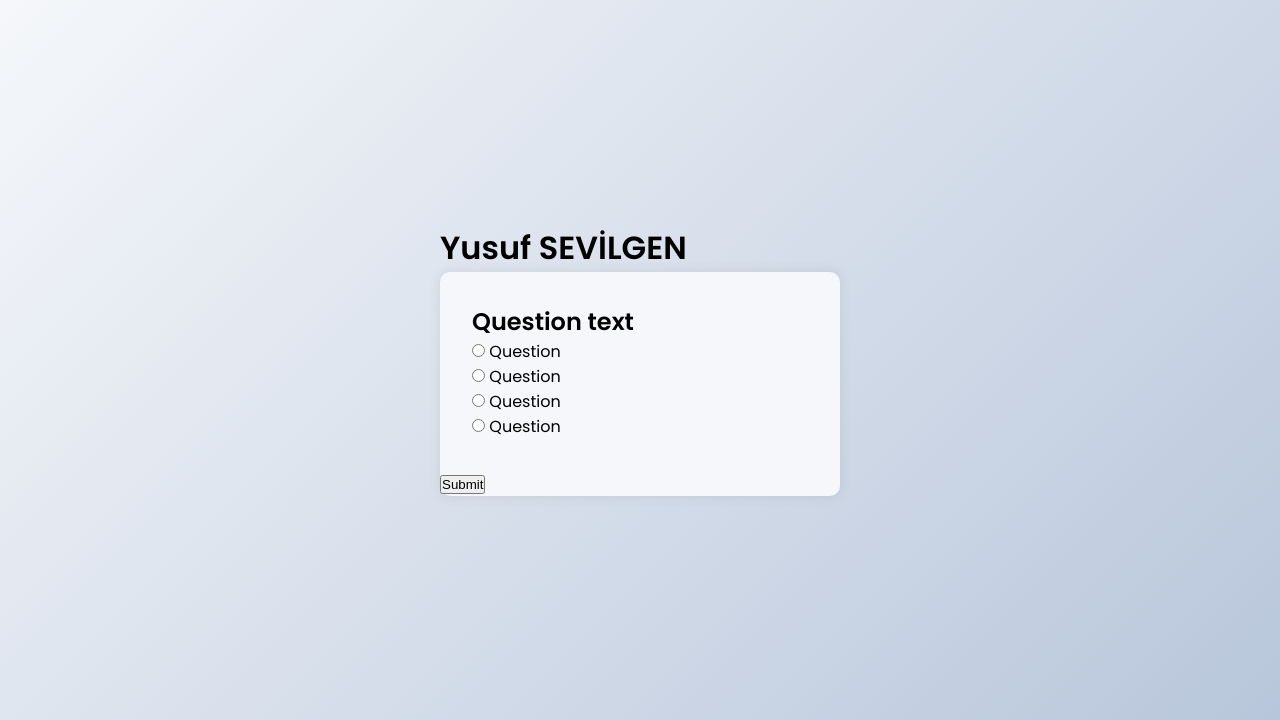
Repository: sevilgenysf/javascript-two
Page: index.html
These files come from the project's save history. The page is drawn as it stood at one moment and after the next save; the edit follows.
The browser window is 1280 px wide. The pictures show the whole page.

Above is the page before, as saved 2022-02-27 15:17:30.

### index.html
<!DOCTYPE html>
<html lang="en">

<head>
	<meta charset="UTF-8">
	<meta http-equiv="X-UA-Compatible" content="IE=edge">
	<meta name="viewport" content="width=device-width, initial-scale=1.0">
	<link rel="stylesheet" href="./style.css">
	<script src="./index.js" defer></script>
	<title>javascript Day two</title>
</head>

<body>
	<div>
		<h1>Yusuf SEVİLGEN</h1>
		<div class="quiz-container">
			<div class="quiz-header">
				<h2>Question text</h2>
				<ul>
					<li>
						<input type="radio" id="a" name="answer">
						<label for="a">Question</label>
					</li>
				</ul>
				<ul>
					<li>
						<input type="radio" id="b" name="answer">
						<label for="b">Question</label>
					</li>
				</ul>
				<ul>
					<li>
						<input type="radio" id="c" name="answer">
						<label for="c">Question</label>
					</li>
				</ul>
				<ul>
					<li>
						<input type="radio" id="d" name="answer">
						<label for="d">Question</label>
					</li>
				</ul>
			</div>
			<button>Submit</button>
		</div>
	</div>
</body>

</html>

### style.css
@import url('https://fonts.googleapis.com/css2?family=Poppins:wght@400;600&family=Roboto:ital,wght@0,300;0,400;0,700;1,500&display=swap');

* {
	margin: 0;
	padding: 0;
	box-sizing: border-box;
}

body {
	display: flex;
	justify-content: center;
	align-items: center;
	background-color: #b8c6db;
	background-image: linear-gradient(315deg, #b8c6db 0%, #f5f7fa 100%);
	font-family: 'Poppins', sans-serif;
	min-height: 100vh;
}

.quiz-container {
	background-color: #f5f7fa;
	width: 400px;
	border-radius: 10px;
	box-shadow: 0 0 10px 2px rgba(100, 100, 100, 0.1);
	max-width: 100%;
}

.quiz-header {
	padding: 2rem;
}

ul {
	list-style: none;
	padding: 0;
}

### index.js
const quizData = [
	{
		question: 'How old are you?',
		a: '25',
		b: '26',
		c: '27',
		d: '28',
		currect: 'c'
	},
	{
		question: 'What is the most used best programing language in 2019?',
		a: 'Java',
		b: 'C',
		c: 'Python',
		d: 'JavaScript',
		currect: 'a'
	},
	{
		qwstion: 'who is he President of USA?',
		a: 'Trump',
		b: 'Obama',
		c: 'Bush',
		d: 'Clinton',
		currect: 'b'
	},
	{
		question: 'What does HTML stand for?',
		a: 'Hyper Text Markup Language',
		b: 'Cascading style sheet',
		c: 'Jason Object Notation',
		d: 'Aplication Type Markup Language',
		currect: 'a'
	},
	{
		question: 'What year was javaScript launched?',
		a: '1995',
		b: '1996',
		c: '1997',
		d: 'none of the above',
		currect: 'd'
	}
];

After the next save:
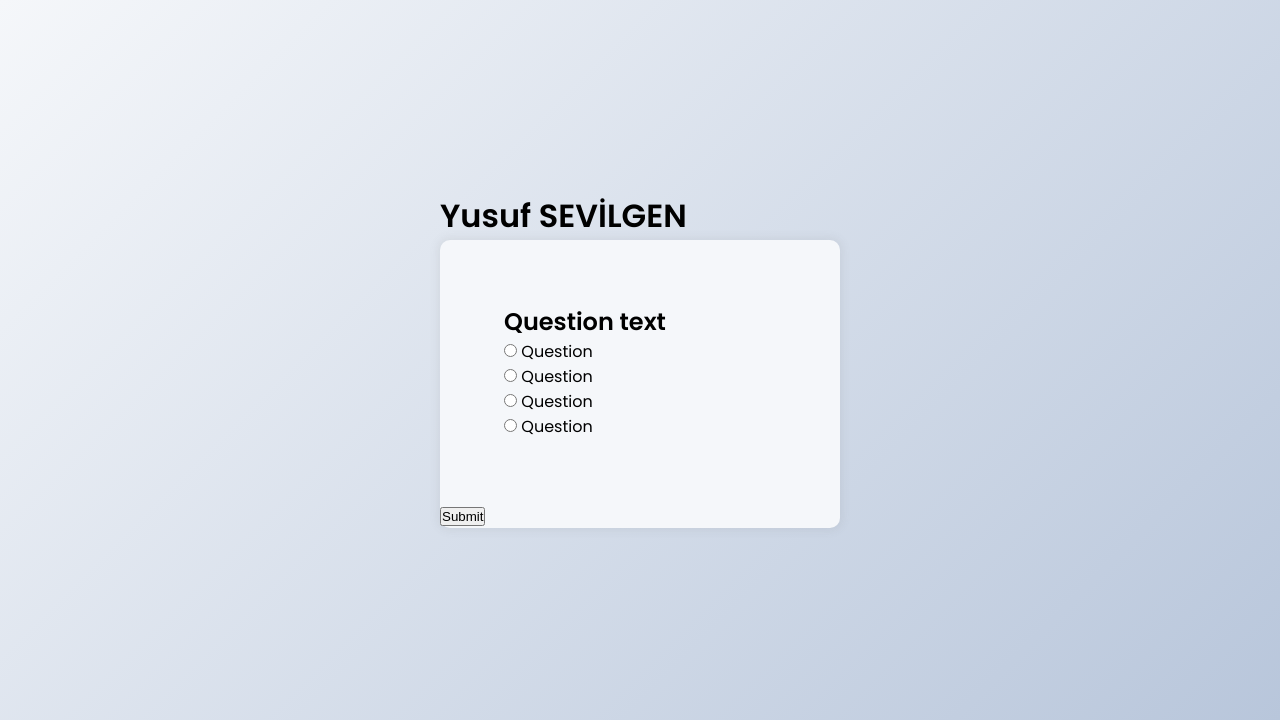
Saved 27 s later.
--- a/style.css
+++ b/style.css
@@ -25,7 +25,7 @@ body {
 }
 
 .quiz-header {
-	padding: 2rem;
+	padding: 4rem;
 }
 
 ul {
